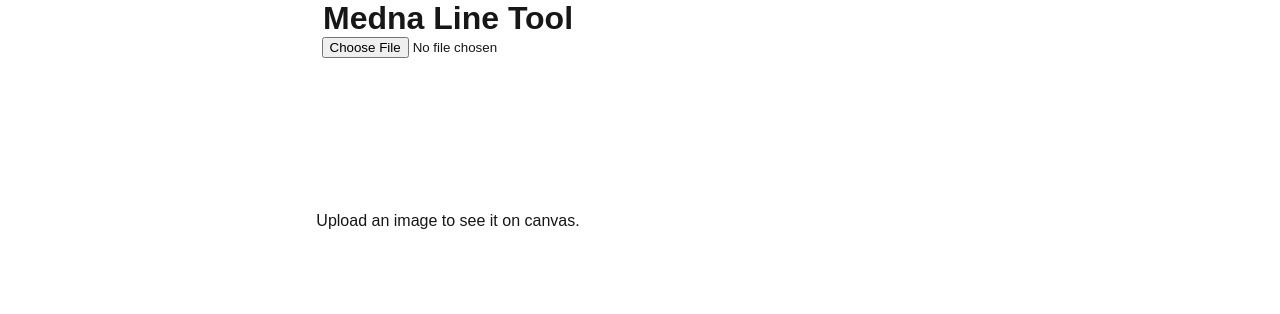
Repository: Sumaiya43/medna-tools
Page: /
The author's editor kept a copy of each file at every save. The page is drawn from the files as they stood at one save, then again after the next save.
The browser window is 1280 px wide. The pictures show the whole page.
The project was rebuilt for these pictures with package versions that can differ from the ones it lists, and the page was loaded fresh each time. The framework's server and built-in components were replaced by stand-ins that run in the browser. Also part of the build but not shown: next.config.mjs.

Above is the page before, as saved 2026-02-26 02:51:14.

After the next save:
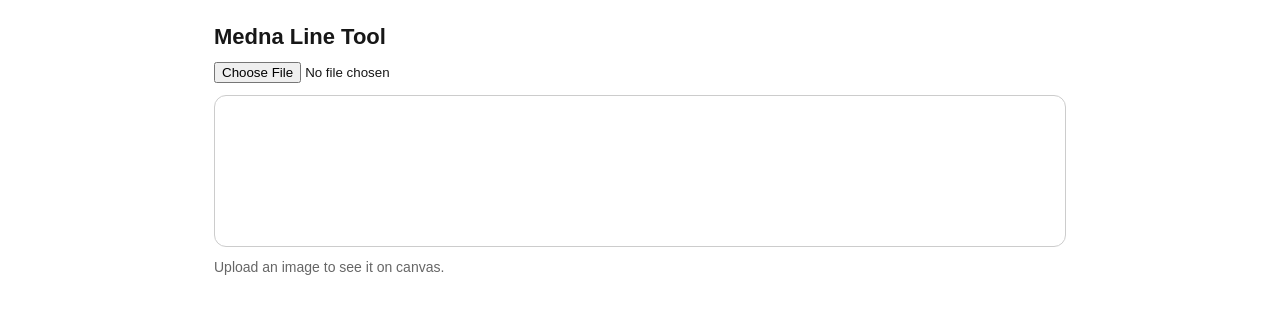
Saved 13 s later.
--- a/src/app/page.module.css
+++ b/src/app/page.module.css
@@ -1,20 +1,34 @@
-.page {
-  max-width: 1200px;
-  height: 100vh;
+.main {
+  max-width: 900px;
   margin: 0 auto;
   padding: 24px;
   font-family: Arial, sans-serif;
-
-  display: flex;
-  justify-content: center;
-  align-items: center;
 }
 
-.main {
-  display: flex;
-  flex-direction: column;
-  justify-content: center;
-  gap: 2;
-  align-items: center;
-  width: 70%;
+.title {
+  margin: 0 0 12px;
+  font-size: 22px;
 }
+
+.upload {
+  margin-bottom: 12px;
+}
+
+.canvasBox {
+  border: 1px solid #ccc;
+  border-radius: 12px;
+  overflow: auto;
+  background: white;
+}
+
+.canvas {
+  display: block;
+  max-width: 100%;
+  cursor: crosshair;
+}
+
+.note {
+  margin-top: 12px;
+  color: #666;
+  font-size: 14px;
+}
